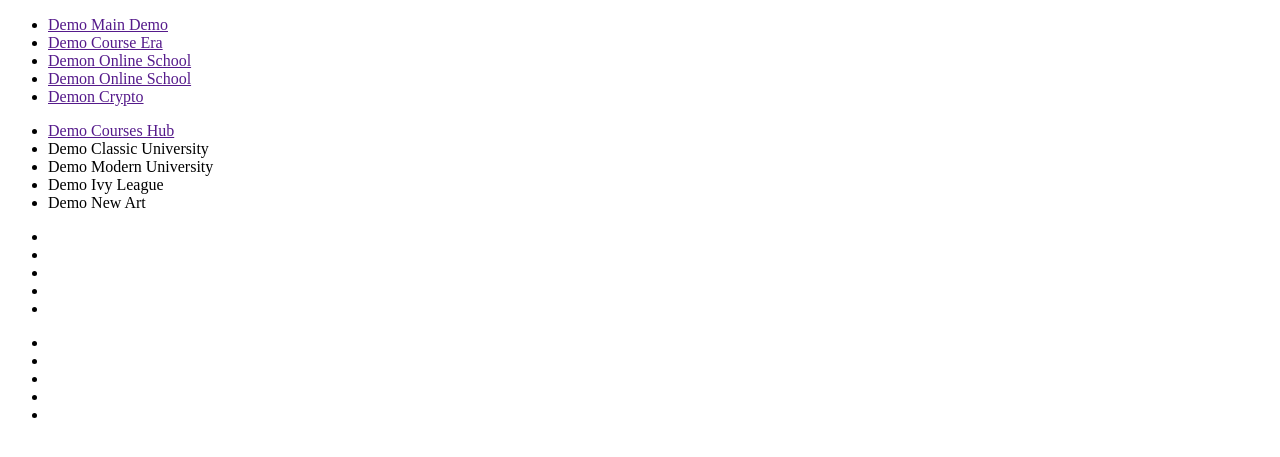
Repository: ibrkhalil/EduWebsite
Page: test.html
An editor plug-in stored every save of this project. The page is shown before and after a run of saves, followed by the edit.
The browser window is 1280 px wide. The pictures show the whole page.

Above is the page before, as saved 2020-11-18 15:03:40.

### test.html
<!DOCTYPE html>
<html lang="en">
<head>
    <meta charset="UTF-8">
    <meta name="viewport" content="width=device-width, initial-scale=1.0">
    <title>Document</title>
</head>
<body>
    <ul>
        <li><a href="">Demo Main Demo</a></li>
        <li><a href="">Demo Course Era</a></li>
        <li><a href="">Demon Online School</a></li>
        <li><a href="">Demon Online School</a></li>
        <li><a href="">Demon Crypto</a></li>
    </ul>
    <ul>
        <li><a href="">Demo Courses Hub</a></li>
        <li>Demo Classic University</li>
        <li>Demo Modern University</li>
        <li>Demo Ivy League</li>
        <li>Demo New Art</li>
    </ul>
    <ul>
        <li></li>
        <li></li>
        <li></li>
        <li></li>
        <li></li>
    </ul>
    <ul>
        <li></li>
        <li></li>
        <li></li>
        <li></li>
        <li></li>
    </ul>
</body>
</html>

After the next 5 saves:
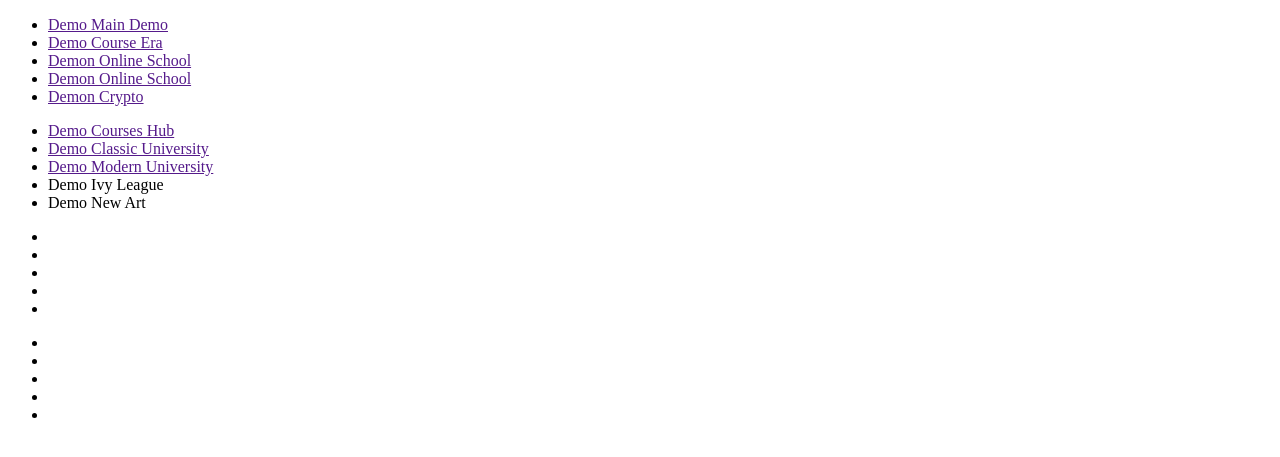
The 5 saves are shown as one change because they came seconds apart.
The last was saved 11 s later.
--- a/test.html
+++ b/test.html
@@ -15,8 +15,8 @@
     </ul>
     <ul>
         <li><a href="">Demo Courses Hub</a></li>
-        <li>Demo Classic University</li>
-        <li>Demo Modern University</li>
+        <li><a href="">Demo Classic University</a></li>
+        <li><a href="">Demo Modern University</a></li>
         <li>Demo Ivy League</li>
         <li>Demo New Art</li>
     </ul>
